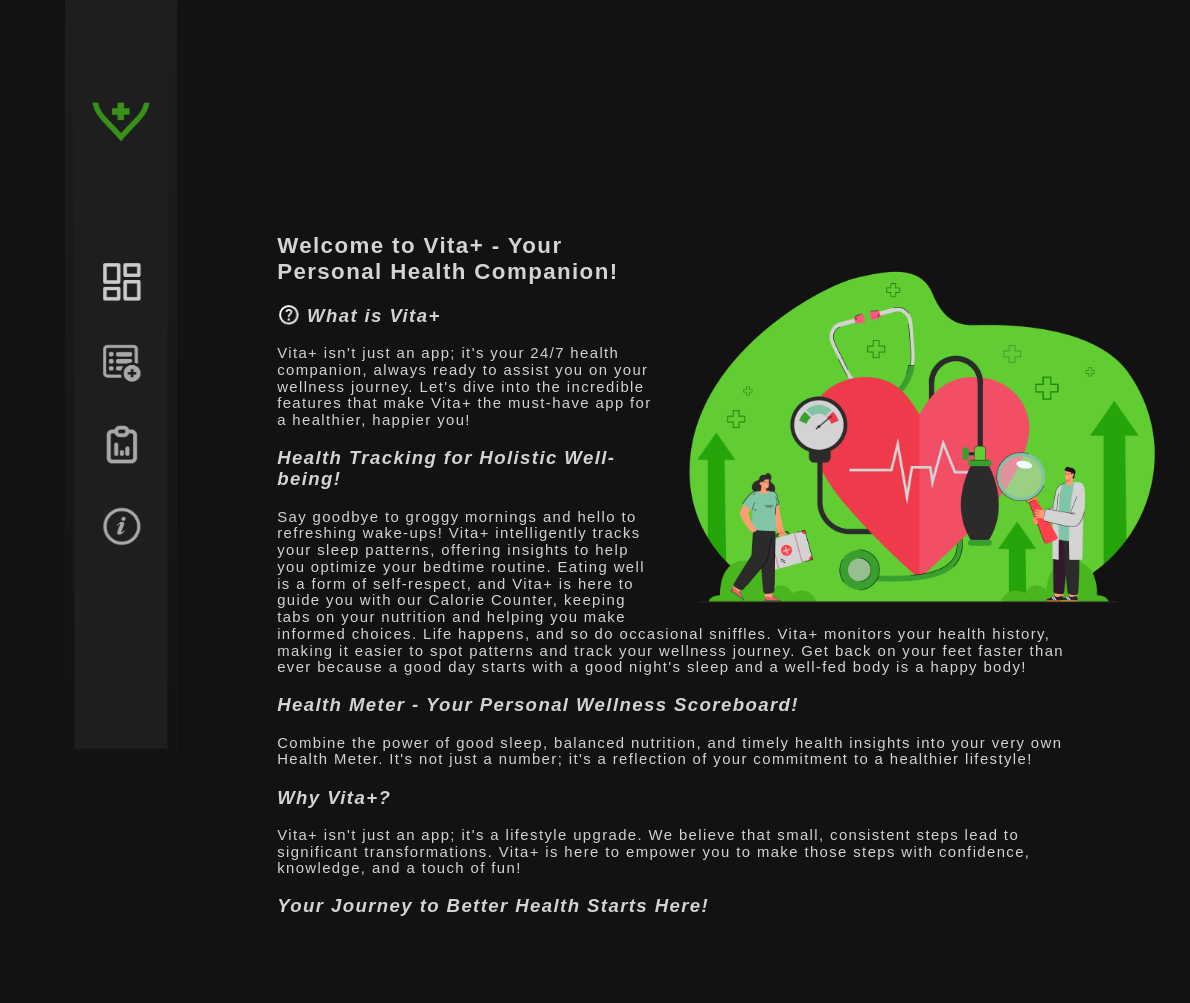
Repository: mhmd-bilal/health-analytics-dashboard
Page: http://localhost/project/info.jsp
The author's editor kept a copy of each file at every save. The page is drawn from the files as they stood at one save, then again after the next save.
The browser window is 1280 px wide. The pictures show the whole page, at 93% of full size.
Some web fonts or font styles are not loaded; a fallback is used. Some web libraries are served in a nearby version. The page is served by Tomcat 10. Other server files are loaded and not shown.

Above is the page before, as saved 2023-12-06 13:40:06.

### project/src/main/webapp/info.jsp
<%@ page import="project.SleepCalculator" %>
  <%@ page import="project.CaloriesCalculator" %>
    <%@ page import="project.IllnessCalculator " %>

      <html>

      <head>
        <meta charset="UTF-8">
        <meta name="viewport" content="width=device-width, initial-scale=1.0">
        <title>Your Health Dashboard</title>
        <link rel="stylesheet" href="https://fonts.googleapis.com/css?family=Kanit">
        <link rel="stylesheet" type="text/css" href="styles2.css">
        <meta name="viewport" content="width=device-width, initial-scale=1">
        <script src='https://cdnjs.cloudflare.com/ajax/libs/jquery/3.2.1/jquery.min.js'></script>
<link rel="stylesheet" href="https://fonts.googleapis.com/icon?family=Material+Icons">
        <script>
          // Use fetch to trigger the SleepAnalyticsServlet on page load
          function fetchSleepAnalytics() {
            fetch('SleepAnalyticsServlet')
              .then(response => response.text())
              .then(data => {
                // Optional: You can add logic to update the UI based on the response from the servlet
                console.log(data);
              })
              .catch(error => {
                console.error('Error:', error);
              });
          }
          function submitForm() {
            var inputValue = document.getElementById("inputValue").value;

            fetch('SaveToDatabaseServlet', {
              method: 'POST',
              headers: {
                'Content-Type': 'application/x-www-form-urlencoded',
              },
              body: 'inputValue=' + encodeURIComponent(inputValue),
            })
              .then(response => response.json())
              .then(data => {
                alert(data.message);
                if (data.recordAdded) {
                  alert('Record added successfully!');
                }
              })
              .catch(error => {
                console.error('Error:', error);
              });
          }

          function redirectToAddRecordPage() {
            window.location.href = 'addrecord.jsp';
          }



        </script>

      </head>
      <body style="overflow:hidden">
      <img src="infograhic.png" class="infograhic" height="400px" ></p>
      <div class="sidenav">
    <a href="#" style="padding-bottom: 100px;padding-left: 10px;"><img style="width: 95%;filter: brightness(1);" src="logo.png"></a>
    <a class="active" href="index2.jsp"><img src="dashboard.png"></a>
    <a href="add.jsp"><img src="add.png"></a>
    <a href="anal.jsp"><img src="anal.png"></a>
    <a href="info.jsp"><img src="info.png"></a>
  </div>
        <div style="width:70%;font-spacing:1px;margin-top:250px;" class="main">
                  <h2 style="font-weight: bolder;">Welcome to Vita+ - Your Personal Health Companion!</h2>
<p style="font-weight: bold;font-style:italic;font-size: 20px;;"><img src="help.png" style="margin-bottom:-5px;height:25px;filter: invert(100%);background-color:none" > What is Vita+</p>
Vita+ isn't just an app; it's your 24/7 health companion, always ready to assist you on your wellness journey. Let's dive into the incredible features that make Vita+ the must-have app for a healthier, happier you!

<p style="font-weight: bold;font-style:italic;font-size: 20px;">Health Tracking for Holistic Well-being!</p>
<p>Say goodbye to groggy mornings and hello to refreshing wake-ups! Vita+ intelligently tracks your sleep patterns, offering insights to help you optimize your bedtime routine. Eating well is a form of self-respect, and Vita+ is here to guide you with our Calorie Counter, keeping tabs on your nutrition and helping you make informed choices. Life happens, and so do occasional sniffles. Vita+ monitors your health history, making it easier to spot patterns and track your wellness journey. Get back on your feet faster than ever because a good day starts with a good night's sleep and a well-fed body is a happy body!</p>

<p style="font-weight: bold;font-style:italic;font-size: 20px;">Health Meter - Your Personal Wellness Scoreboard!</p>
Combine the power of good sleep, balanced nutrition, and timely health insights into your very own Health Meter. It's not just a number; it's a reflection of your commitment to a healthier lifestyle!

<p style="font-weight: bold;font-style:italic;font-size: 20px;">Why Vita+?</p>
Vita+ isn't just an app; it's a lifestyle upgrade. We believe that small, consistent steps lead to significant transformations. Vita+ is here to empower you to make those steps with confidence, knowledge, and a touch of fun!

<p style="font-weight: bold;font-style:italic;font-size: 20px;">Your Journey to Better Health Starts Here!

      </div>

      </body>

      </html>

### project/src/main/webapp/styles2.css
body {
  font-family: "Montserrat", sans-serif;
  letter-spacing: 1.5px;
  background-color: #121212;
}

.sidenav {
  align-items: center;
  height: 100%;
  width: 100px;
  position: fixed;
  z-index: 1;
  top: 0;
  left: 0;
  background-color: #1E1E1E;
  overflow-x: hidden;
  padding-top: 75px;
  margin-left: 70px;
  margin-right: 100px;
  margin-top: 0px;
  border: 10px solid;
  border-image: linear-gradient(to bottom, #1E1E1E, #121212) 1;
}

.sidenav img {
  width: 75%;
}

.sidenav a {
  padding: 6px 6px 30px 25px;
  text-decoration: none;
  font-size: 25px;
  color: #d3d3d3;
  display: block;
  filter: brightness(0.8);
  transition: 0.2s;
}

.sidenav a:hover {
  filter: brightness(1.75);
}

.active img {
  filter: brightness(2);
}


.main {
  margin-left: 290px;
  margin-top: 100px;
  color: #d3d3d3;
  width: 1500px;
  height: 820px;
}

.container {
  display: flex;
}

.moodenter {
  border: 0px;
  border-radius: 25px;
  height: 50px;
  line-height: normal;
  color: #282828;
  display: block;
  width: 90%;
  box-sizing: border-box;
  user-select: auto;
  font-size: 16px;
  padding: 0 6px;
  padding-left: 30px;
  outline: none;
  background-color: #d3d3d3;
  margin-right: 10px;

}

.subbtn {
  width: 10%;
  display: inline-block;
  outline: none;
  cursor: pointer;
  font-size: 14px;
  line-height: 1;
  border-radius: 500px;
  transition-property: background-color, border-color, color, box-shadow, filter;
  transition-duration: .3s;
  border: 0px;
  letter-spacing: 2px;
  min-width: 160px;
  text-transform: uppercase;
  white-space: normal;
  font-weight: 700;
  text-align: center;
  padding: 16px 14px 18px;
  color: #fff;
  background-color: #49b51f;
  height: 48px;

  :hover {
    filter: brightness(1.75);
  }

}

.analytics_container {
  width: 100%;
  height: 60%;
  background-color: #121212;
  display: flex;
}

.pie {
  width: 40%;
}

.count {
  background-color: #1E1E1E;
  width: 60%;
  border: solid 8px transparent;
  border-radius: 80px;
  display: grid;
  background-image: linear-gradient(#1E1E1E, #1E1E1E), linear-gradient(to bottom, #1E1E1E, #121212);
  background-origin: border-box;
  background-clip: padding-box, border-box;
}

.counts {
  display: flex;
  margin-bottom: -60px;
}

.health-meter {
  padding: 0px 0px 10px 70px;
  display: flexbox;
  width: 83.5%;
}

.card {
  background-color: none;
  padding: 70px 0px 10px 70px;
  display: flexbox;
  width: 22.5%;
  height: 60%;
  height: 45%;
}

.count-icon {
  width: 60px;
  margin-left: -5px;
}

.count-text {
  font-size: 25px;
  line-height: 0px;
  font-weight: bolder;
  font-style: normal;
  margin-top: 30px;
}

.count-count {
  font-size: 18px;
  line-height: 0px;
  font-weight: lighter;
  margin-top: -12px;

}

.pbbg {
  background-color: #282828;
  width: 100%;
  height: 3%;
  border-radius: 80px;
}

.pb {
  background-color: #49b51f;
  height: 100%;
  border-radius: 80px;
}

.choose {
  width: 100%;
  height: 20%;
  background-color: #121212;
  display: flex;
}

.choose-card {
  height: 120%;
  width: 33%;
  align-items: center;
  text-align: center;
  background-image: linear-gradient(to bottom, #1E1E1E, #121212);
  ;
  border: #121212 solid 9px;
  border-radius: 40px 40px 0px 0px;
  padding: 60px 0px 0px 1px;
  transition: 1s;
  margin-top: 5px;
}

.choose-card a {
  background-color: transparent;
  outline: none;
  border: none;
}

.choose-card:hover {
  translate: 0 -5px;
}

#formFrame {
  margin-top: 200px;
}

.choose-card img {
  height: 70px;
}


.main-entry {
  width: 100%;
  height: 20%;
  text-align: center;
  color: #d3d3d3;
}

.date-pick {
  background-color: #1E1E1E;
  color: white;
  outline: none;
  border: none;
  border-radius: 25px;
  padding: 10px;
}

.subbtnentry {
  width: 40px;
  height: 30px;
  display: inline-block;
  outline: none;
  cursor: pointer;
  font-size: 14px;
  line-height: 1;
  border-radius: 500px;
  transition-property: background-color, border-color, color, box-shadow, filter;
  transition-duration: .3s;
  border: 0px;
  letter-spacing: 2px;
  min-width: 160px;
  text-transform: uppercase;
  white-space: normal;
  font-weight: 600;
  text-align: center;
  padding: 5px;
  color: #fff;
  background-color: #49b51f;
}
.chartFrame{
	outline: none;
	border: none;
	margin-top: 30px;
}

.md{
	text-align: center;
	color: #d3d3d3;
	z-index: 1;
	position: absolute;
	margin-top: -260px;
	margin-left: 245px;
}

.infograhic{
	z-index: 1;
	position: relative;
	padding-top: 20px;
	float: right;
}
@media screen and (max-height: 450px) {
  .sidenav {
    padding-top: 15px;
  }

  .sidenav a {
    font-size: 18px;
  }
}

[data-icon]:before {
  font-family: icons; /* BYO icon font, mapped smartly */
  content: attr(data-icon);
}

After the next save:
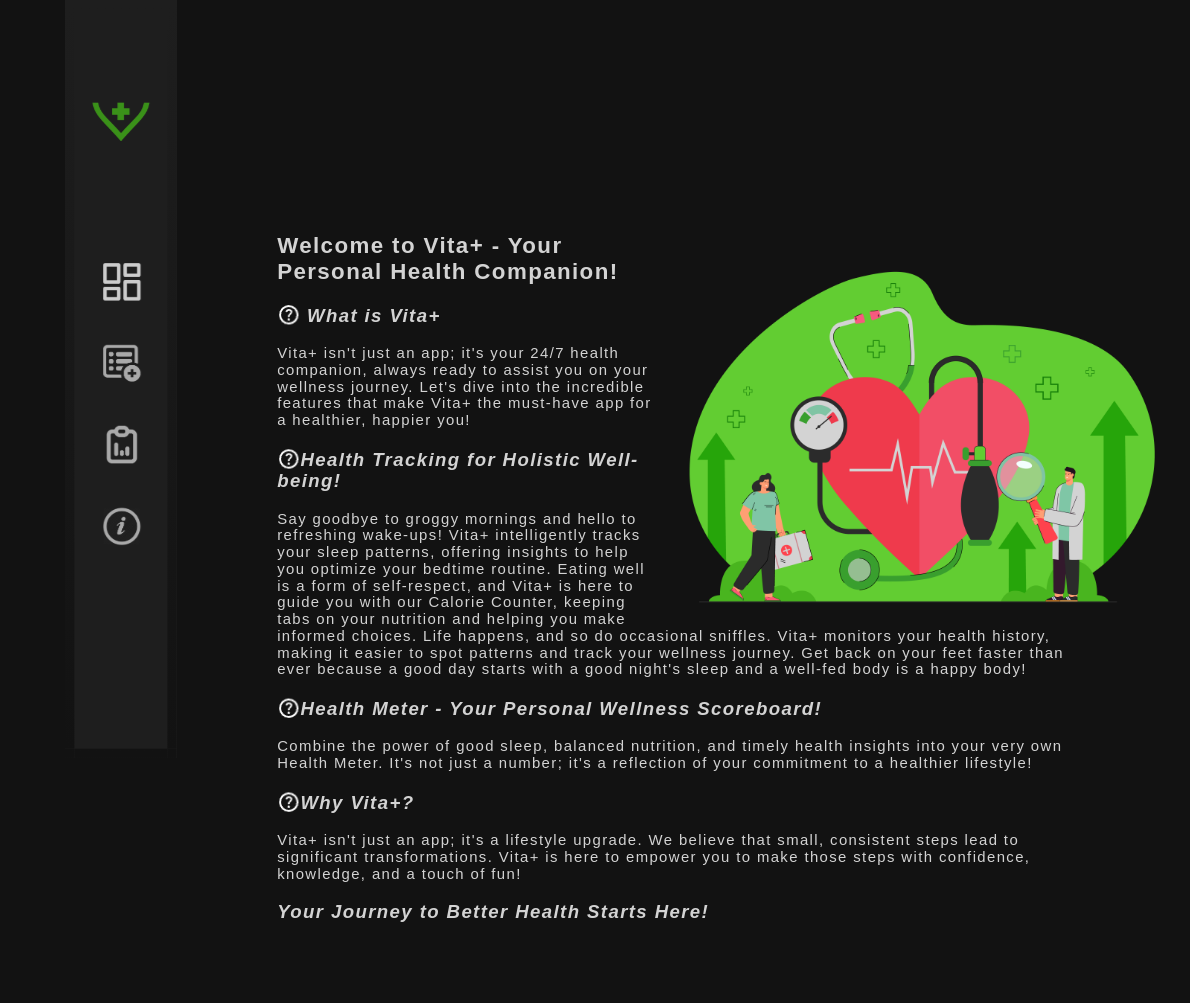
Saved 25 s later.
--- a/project/src/main/webapp/info.jsp
+++ b/project/src/main/webapp/info.jsp
@@ -68,16 +68,16 @@
   </div>
         <div style="width:70%;font-spacing:1px;margin-top:250px;" class="main">
                   <h2 style="font-weight: bolder;">Welcome to Vita+ - Your Personal Health Companion!</h2>
-<p style="font-weight: bold;font-style:italic;font-size: 20px;;"><img src="help.png" style="margin-bottom:-5px;height:25px;filter: invert(100%);background-color:none" > What is Vita+</p>
+<p style="font-weight: bold;font-style:italic;font-size: 20px;;"><img src="help.png" style="margin-bottom:-5px;height:25px;filter: invert(100%)"> What is Vita+</p>
 Vita+ isn't just an app; it's your 24/7 health companion, always ready to assist you on your wellness journey. Let's dive into the incredible features that make Vita+ the must-have app for a healthier, happier you!
 
-<p style="font-weight: bold;font-style:italic;font-size: 20px;">Health Tracking for Holistic Well-being!</p>
+<p style="font-weight: bold;font-style:italic;font-size: 20px;"><img src="help.png" style="margin-bottom:-5px;height:25px;filter: invert(100%)">Health Tracking for Holistic Well-being!</p>
 <p>Say goodbye to groggy mornings and hello to refreshing wake-ups! Vita+ intelligently tracks your sleep patterns, offering insights to help you optimize your bedtime routine. Eating well is a form of self-respect, and Vita+ is here to guide you with our Calorie Counter, keeping tabs on your nutrition and helping you make informed choices. Life happens, and so do occasional sniffles. Vita+ monitors your health history, making it easier to spot patterns and track your wellness journey. Get back on your feet faster than ever because a good day starts with a good night's sleep and a well-fed body is a happy body!</p>
 
-<p style="font-weight: bold;font-style:italic;font-size: 20px;">Health Meter - Your Personal Wellness Scoreboard!</p>
+<p style="font-weight: bold;font-style:italic;font-size: 20px;"><img src="help.png" style="margin-bottom:-5px;height:25px;filter: invert(100%)">Health Meter - Your Personal Wellness Scoreboard!</p>
 Combine the power of good sleep, balanced nutrition, and timely health insights into your very own Health Meter. It's not just a number; it's a reflection of your commitment to a healthier lifestyle!
 
-<p style="font-weight: bold;font-style:italic;font-size: 20px;">Why Vita+?</p>
+<p style="font-weight: bold;font-style:italic;font-size: 20px;"><img src="help.png" style="margin-bottom:-5px;height:25px;filter: invert(100%)">Why Vita+?</p>
 Vita+ isn't just an app; it's a lifestyle upgrade. We believe that small, consistent steps lead to significant transformations. Vita+ is here to empower you to make those steps with confidence, knowledge, and a touch of fun!
 
 <p style="font-weight: bold;font-style:italic;font-size: 20px;">Your Journey to Better Health Starts Here!
